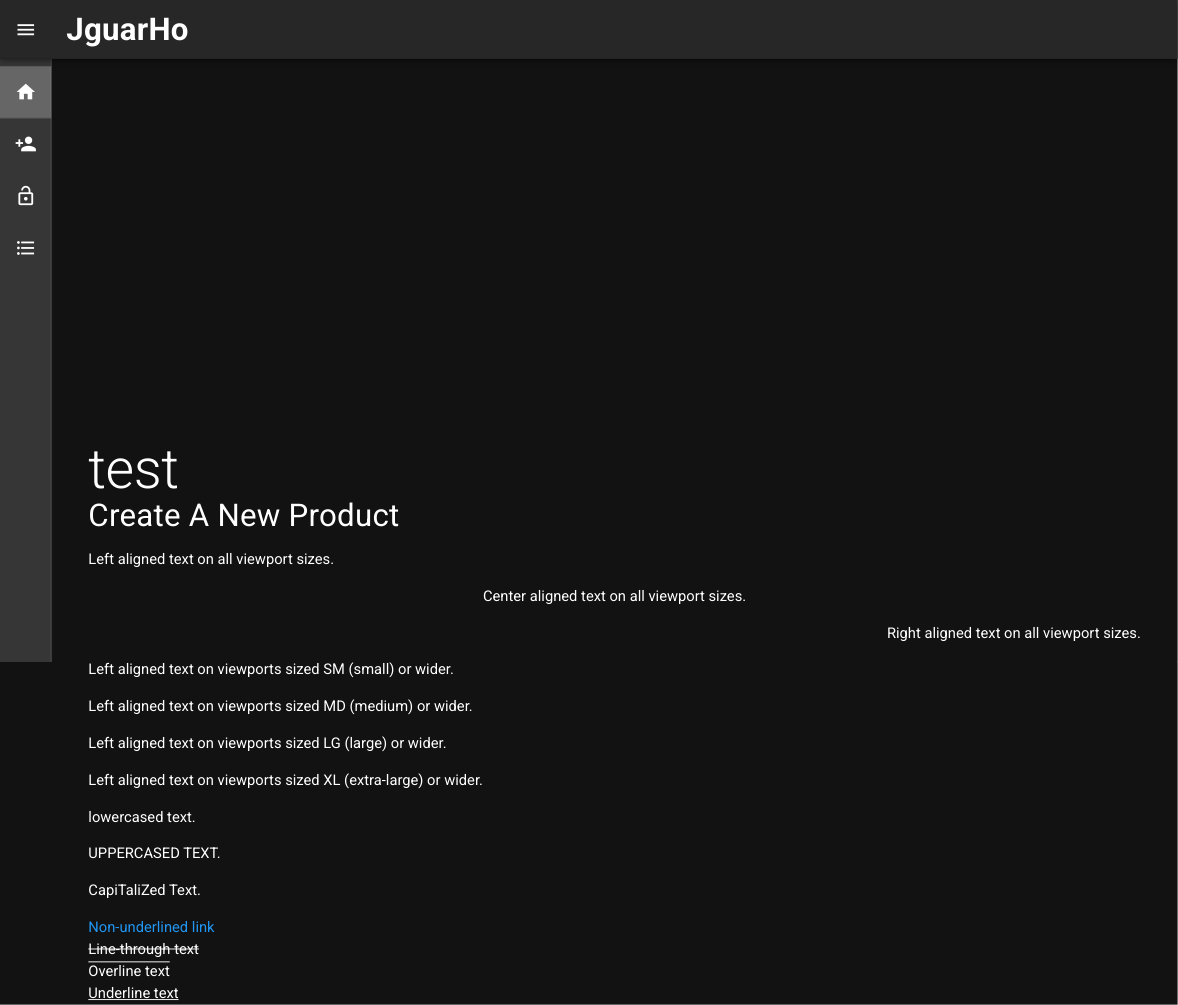
Repository: agent501/MRMS
Page: /
An editor plug-in stored every save of this project. The page is shown before and after a run of saves, followed by the edit.
The browser window is 1280 px wide. The pictures show the whole page, at 92% of full size.
The page's requests for data from a server got no answer. The project was rebuilt for these pictures with package versions that can differ from the ones it lists, and the page was loaded fresh each time. No one was signed in, and anything a server would have sent is missing. Also part of the build but not shown: vue.config.js, src/components/Product/products.vue, src/components/Product/product.vue, src/components/Product/createproduct.vue, src/components/User/signin.vue, src/components/User/signup.vue, src/components/User/profile.vue, src/components/Shared/Alert.vue and 2 more. Imported but missing from the stored project, and not drawn on this page: src/router/auth-guard.js.

Above is the page before, as saved 2020-07-29 16:45:01.

### src/main.js
import Vue from 'vue';
import App from './App.vue';
import router from './router';
import { store } from './store';
import alert from './components/Shared/Alert.vue';
import vuetify from './plugins/vuetify';
import { fb } from './components/firebase/firebase.js';
import * as firebase from 'firebase';
import editproductdiaglog from './components/Product/Edit/editproductdialog.vue';
import editprogressbar from './components/Product/Edit/editprogressbar.vue';

Vue.component('app-alert', alert);
Vue.component('app-edit-product', editproductdiaglog);
Vue.component('app-edit-progress', editprogressbar);

Vue.config.productionTip = false;

new Vue({
  router,
  store,
  vuetify,
  render: (h) => h(App),
  created() {
    fb;
    firebase.auth().onAuthStateChanged((user) => {
      if (user) {
        this.$store.dispatch('autosignin', user);
      }
    });
    this.$store.dispatch('loadProducts');
  },
}).$mount('#app');

### src/App.vue
<template>
  <v-app>
    <v-navigation-drawer v-model="drawer" :mini-variant.sync="mini" app clipped dense permanent>
      <v-list>
        <v-list-item to="/">
          <v-list-item-icon>
            <v-icon medium>home</v-icon>
          </v-list-item-icon>

          <v-list-item-content>
            <v-list-item-title>Home</v-list-item-title>
          </v-list-item-content>
        </v-list-item>

        <v-divider></v-divider>
        <v-list-item v-for="item in menuItems" :key="item.title" router :to="item.link">
          <v-list-item-icon>
            <v-icon medium>{{ item.icon }}</v-icon>
          </v-list-item-icon>

          <v-list-item-content>
            <v-list-item-title>{{ item.text }}</v-list-item-title>
          </v-list-item-content>
        </v-list-item>
        <v-list-item v-if="userIsAuthenticated || adminIsAuthenticated" @click="onLogout">
          <v-list-item-icon>
            <v-icon>exit_to_app</v-icon>
          </v-list-item-icon>
          <v-list-item-content>Logout</v-list-item-content>
        </v-list-item>
      </v-list>
    </v-navigation-drawer>

    <v-app-bar app clipped-left>
      <v-app-bar-nav-icon @click.stop="mini=!mini"></v-app-bar-nav-icon>
      <v-toolbar-title class="font-weight-bold display-1">
        <router-link to="/" tag="span" style="cursor:pointer">JguarHo</router-link>
      </v-toolbar-title>
    </v-app-bar>

    <!-- Page Content -->
    <v-content>
      <router-view></router-view>
    </v-content>

    <!-- <v-footer>
      <span>JguarHo &copy; Copyright Reserved</span>
    </v-footer>-->
  </v-app>
</template>

<script>
// import HelloWorld from './components/HelloWorld';

export default {
  name: 'App',

  components: {
    // HelloWorld,
  },
  props: {
    source: String
  },
  data: () => ({
    mini: true,
    drawer: true
    // items: [
    //   { icon: 'lock_open', text: 'Sign In', link: '/signin' },
    //   { icon: 'home', text: 'Home', link: '/' },
    //   { icon: 'list', text: 'All Products', link: '/products' },
    //   { icon: 'help_outline', text: 'About Us', link: '' }
    // ]
  }),
  computed: {
    menuItems() {
      let items = [
        { icon: 'person_add', text: 'Sign Up', link: '/signup' },
        { icon: 'lock_open', text: 'Sign In', link: '/signin' },

        {
          icon: 'format_list_bulleted',
          text: 'All Products',
          link: '/products'
        }
        // { icon: 'person', text: 'About Us', link: '' }
      ];
      if (this.adminIsAuthenticated) {
        items = [
          {
            icon: 'create_new_folder',
            text: 'Create Product',
            link: '/createproduct'
          },
          {
            icon: 'format_list_bulleted',
            text: 'All Products',
            link: '/products'
          },
          {
            icon: 'person',
            text: 'Profile',
            link: '/profile/' + this.adminIsAuthenticated.id
          }
        ];
      } else if (this.userIsAuthenticated) {
        items = [
          {
            icon: 'format_list_bulleted',
            text: 'All Products',
            link: '/products'
          },
          {
            icon: 'person',
            text: 'Profile',
            link: '/profile/' + this.userIsAuthenticated.id
          }
        ];
      }
      return items;
    },
    adminIsAuthenticated() {
      return (
        this.$store.getters.user !== null &&
        this.$store.getters.user !== undefined &&
        this.$store.getters.user.id === 'ktQMfIIbLQRTlySJDVzU9JbCF293' &&
        this.$store.getters.user
      );
    },
    userIsAuthenticated() {
      return (
        this.$store.getters.user !== null &&
        this.$store.getters.user !== undefined &&
        this.$store.getters.user
      );
    }
  },
  created() {
    this.$vuetify.theme.dark = true;
  },
  methods: {
    onLogout() {
      this.$store.dispatch('logout');
      this.$router.push('/');
    }
  }
};
</script>

### src/router/index.js
import Vue from 'vue';
import VueRouter from 'vue-router';
import home from '../components/Home.vue';
import products from '../components/Product/products.vue';
import product from '../components/Product/product.vue';
import createproduct from '../components/Product/createproduct.vue';
import signin from '../components/User/signin.vue';
import signup from '../components/User/signup.vue';
import profile from '../components/User/profile.vue';
import AuthGuard from '../router/auth-guard.js';

Vue.use(VueRouter);

export default new VueRouter({
  mode: 'history',
  routes: [
    { path: '/', name: 'home', component: home },
    { path: '/products', name: 'products', component: products },
    {
      path: '/createproduct',
      name: 'createproduct',
      component: createproduct,
      beforeEnter: AuthGuard,
    },
    { path: '/signin', name: 'signin', component: signin },
    { path: '/signup', name: 'signup', component: signup },
    {
      path: '/profile/:id',
      name: 'profile',
      component: profile,
      beforeEnter: AuthGuard,
    },
    {
      path: '/products/:id',
      name: 'product',
      props: true,
      component: product,
    },
  ],
});

### src/store/index.js
import Vue from 'vue';
import Vuex from 'vuex';

import product from './product';
import user from './user';
import shared from './shared';

Vue.use(Vuex);

export const store = new Vuex.Store({
  modules: {
    product: product,
    user: user,
    shared: shared,
  },
});

### src/plugins/vuetify.js
import Vue from 'vue';
import Vuetify from 'vuetify/lib';
import '@mdi/font/css/materialdesignicons.css'; //
import 'material-design-icons-iconfont/dist/material-design-icons.css';

Vue.use(Vuetify);

export default new Vuetify({
  icons: {
    iconfont: 'mdi',
  },
});

### src/components/firebase/firebase.js
import firebase from 'firebase/app';
import 'firebase/firestore';
import 'firebase/storage';

var firebaseConfig = {
  apiKey: 'AIzaSyBJdvJyA-ac-dO3JYy-4WKY7wIkma-Y1fI',
  authDomain: 'mrms-2ae69.firebaseapp.com',
  databaseURL: 'https://mrms-2ae69.firebaseio.com',
  projectId: 'mrms-2ae69',
  storageBucket: 'mrms-2ae69.appspot.com',
  messagingSenderId: '287673096935',
  appId: '1:287673096935:web:7f7f75dea0b5657353e042',
  measurementId: 'G-EKPLN37GXX',
};

export const fb = firebase.initializeApp(firebaseConfig);

### src/components/Home.vue
<template>
  <div class="mx-10" style="max-width:1800px">
    <v-layout>
      <v-flex xs12 class="text-xs-center" v-if="!loading">
        <v-progress-circular
          indeterminate
          class="primary--text"
          :width="7"
          :size="70"
          v-if="loading"
        ></v-progress-circular>
      </v-flex>
    </v-layout>

    <v-carousel
      cycle
      class="mt-4"
      height="400"
      hide-delimiters
      show-arrows-on-hover
      width="100%"
      style="cursor:pointer"
    >
      <v-carousel-item
        v-for="product in products"
        :key="product.id"
        @click="onLoadProduct(product.id)"
      >
        <div class="text-right">
          <span class="title">{{ product.name }}</span>
        </div>
        <img :src="product.featureimage" style="height: 100%; width: 100%; object-fit: contain" />
      </v-carousel-item>
    </v-carousel>

    <div>
      <div class="text-h2">test</div>
      <p class="display-1 text-capitalize">create a new product</p>
      <p class="text-left">Left aligned text on all viewport sizes.</p>
      <p class="text-center">Center aligned text on all viewport sizes.</p>
      <p class="text-right">Right aligned text on all viewport sizes.</p>

      <p class="text-sm-left">Left aligned text on viewports sized SM (small) or wider.</p>
      <p class="text-md-left">Left aligned text on viewports sized MD (medium) or wider.</p>
      <p class="text-lg-left">Left aligned text on viewports sized LG (large) or wider.</p>
      <p class="text-xl-left">Left aligned text on viewports sized XL (extra-large) or wider.</p>
      <p class="text-lowercase">Lowercased text.</p>
      <p class="text-uppercase">Uppercased text.</p>
      <p class="text-capitalize">CapiTaliZed text.</p>
    </div>
    <div>
      <a href="#" class="text-decoration-none">Non-underlined link</a>

      <div class="text-decoration-line-through">Line-through text</div>

      <div class="text-decoration-overline">Overline text</div>

      <div class="text-decoration-underline">Underline text</div>
    </div>
  </div>
</template>

<script>
export default {
  // data: () => ({
  //   images: [
  //     {
  //       src: 'https://cdn.vuetifyjs.com/images/carousel/squirrel.jpg',
  //       title: 'image1asdasdasdsadasdasdsadasdasd',
  //       id: 'asdad123'
  //     },
  //     {
  //       src: 'https://cdn.vuetifyjs.com/images/carousel/sky.jpg',
  //       title: 'image2',
  //       id: 'asdasd1223'
  //     },
  //     {
  //       src: 'https://cdn.vuetifyjs.com/images/carousel/bird.jpg',
  //       title: 'image3',
  //       id: 'asdad13223'
  //     },
  //     {
  //       src: 'https://cdn.vuetifyjs.com/images/carousel/planet.jpg',
  //       title: 'image4',
  //       id: 'asdaasd1123'
  //     }
  //   ]
  // }),
  computed: {
    products() {
      return this.$store.getters.featuredProducts;
    },
    loading() {
      return this.$store.getters.loading;
    },
  },
  methods: {
    onLoadProduct(id) {
      this.$router.push('/products/' + id);
    },
  },
};
</script>

<style scoped>
.title {
  background-color: rgba(235, 235, 235, 0.897);
  color: black;

  padding: 10px 30px;
}
</style>

### src/store/product/index.js
import * as firebase from 'firebase';

export default {
  state: {
    loadedProducts: [],
  },
  mutations: {
    createProduct(state, payload) {
      state.loadedProducts.push(payload);
    },
    setLoadedProducts(state, payload) {
      state.loadedProducts = payload;
    },
    updateProduct(state, payload) {
      const product = state.loadedProducts.find((product) => {
        return product.id === payload.id;
      });
      if (payload.name) {
        product.name = payload.name;
      }
      if (payload.description) {
        product.description = payload.description;
      }
      if (payload.earningperunit) {
        product.earningperunit = payload.earningperunit;
      }
      if (payload.investmentperunit) {
        product.investmentperunit = payload.investmentperunit;
      }
    },
    updateProgress(state, payload) {
      const product = state.loadedProducts.find((product) => {
        return product.id === payload.id;
      });
      if (payload.productprogressbar) {
        product.productprogressbar = payload.productprogressbar;
      }
    },
    deleteProduct(state, payload) {
      const registeredProducts = state.loadedProducts;
      registeredProducts.splice(
        registeredProducts.findIndex((product) => product.id === payload),
        1
      );
      // Reflect.deleteProperty(state.user.fbKeys,payload)
    },
  },
  actions: {
    loadProducts({ commit }) {
      commit('setLoading', true);
      firebase
        .database()
        .ref('products')
        .once('value')
        .then((data) => {
          const products = [];
          const obj = data.val();
          for (let key in obj) {
            products.push({
              id: key,
              name: obj[key].name,
              description: obj[key].description,
              investmentperunit: obj[key].investmentperunit,
              earningperunit: obj[key].earningperunit,
              creatorId: obj[key].creatorId,
              productimage: obj[key].productimage,
              productprogressbar: obj[key].productprogressbar,
              featureimage: obj[key].productimage[0],
            });
          }
          commit('setLoadedProducts', products);
          commit('setLoading', false);
        })
        .catch((error) => {
          console.log(error);
          commit('setLoading', true);
        });
    },
    deleteProduct({ commit }, payload) {
      const productId = payload;
      console.log(productId);
      firebase
        .database()
        .ref('products')
        .child(productId)
        .remove()
        .then(function () {
          // File deleted successfully

          console.log('success');
        })
        .catch(function (error) {
          // Uh-oh, an error occurred!
          console.log(error);
        });
      commit('deleteProduct', payload);
    },
    createProduct({ commit, getters }, payload) {
      const product = {
        name: payload.name,
        description: payload.description,
        investmentperunit: payload.investmentperunit,
        earningperunit: payload.earningperunit,
        productimage: payload.productimage,
        productprogressbar: payload.productprogressbar,
        creatorId: getters.user.id,
      };
      let key;
      firebase
        .database()
        .ref('products')
        .push(product)
        .then((data) => {
          //specific product id
          key = data.key;
          commit('createProduct', { ...product, id: key });
          // return key
        });
    },
    updateproductdata({ commit }, payload) {
      commit('loading', true);
      const updateObj = {};
      if (payload.name) {
        updateObj.name = payload.name;
      }
      if (payload.desscription) {
        updateObj.description = payload.desscription;
      }
      if (payload.earningperunit) {
        updateObj.earningperunit = payload.earningperunit;
      }
      if (payload.investmentperunit) {
        updateObj.investmentperunit = payload.investmentperunit;
      }
      firebase
        .database()
        .ref('products')
        .child(payload.id)
        .update(updateObj)
        .then(() => {
          commit('setLoading', false);
          commit('updateProduct', payload);
        })
        .catch((error) => {
          console.log(error);
          commit('setLoading', false);
        });
    },
    updateprogressdata({ commit }, payload) {
      commit('loading', true);
      const updateObj = {};
      if (payload.productprogressbar) {
        updateObj.productprogressbar = payload.productprogressbar;
      }

      firebase
        .database()
        .ref('products')
        .child(payload.id)
        .update(updateObj)
        .then(() => {
          commit('setLoading', false);
          commit('updateProgress', payload);
        })
        .catch((error) => {
          console.log(error);
          commit('setLoading', false);
        });
    },
  },
  getters: {
    loadedProducts(state) {
      return state.loadedProducts.sort((productA, productB) => {
        return productA.date > productB.date;
      });
    },
    featuredProducts(state, getters) {
      return getters.loadedProducts.slice(0, 5);
    },
    loadedProduct(state) {
      return (productId) => {
        return state.loadedProducts.find((product) => {
          return product.id === productId;
        });
      };
    },
  },
  modules: {},
};

### src/store/shared/index.js
export default {
  state: {
    loading: false,
    error: null,
  },
  mutations: {
    setLoading(state, payload) {
      state.loading = payload;
    },
    // change the of status error in state
    setError(state, payload) {
      state.error = payload;
    },
    // change the status of error back to null
    clearError(state) {
      state.error = null;
    },
  },
  actions: {
    clearError({ commit }) {
      commit('clearError');
    },
  },
  getters: {
    error(state) {
      return state.error;
    },
    loading(state) {
      return state.loading;
    },
  },
};

Loaded but not shown: public/index.html (common file); src/store/user/index.js (213 lines, source omitted)

After the next 2 saves:
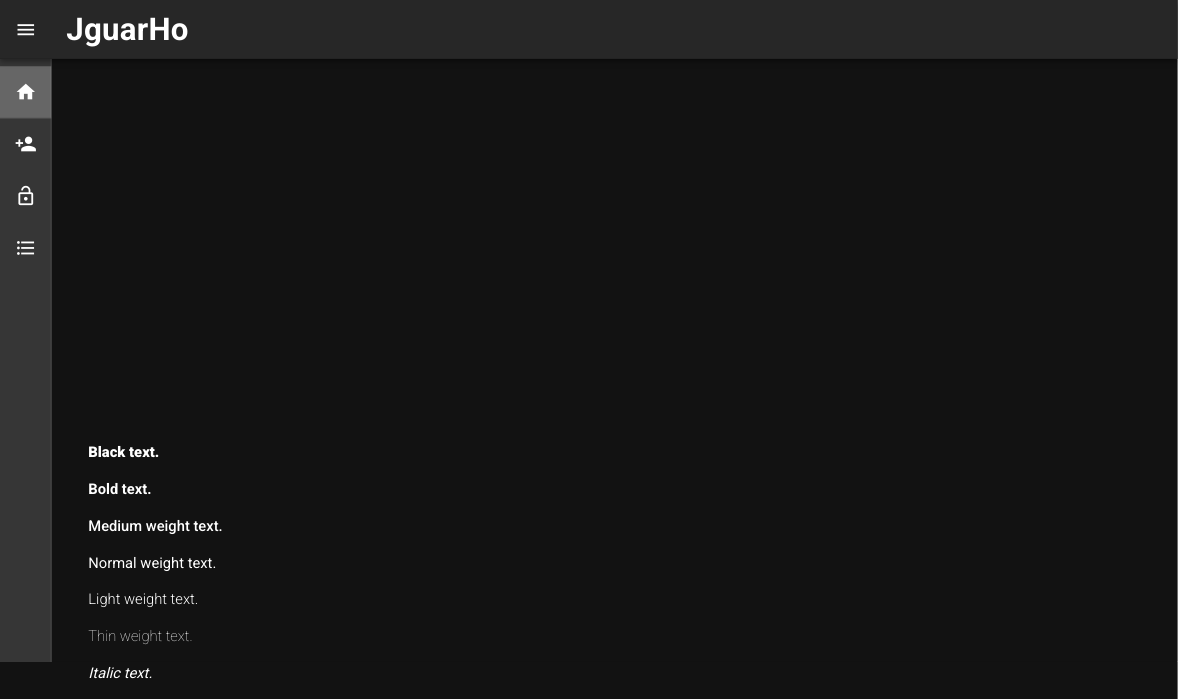
The 2 saves are shown as one change because 1 did not build or start.
The last was saved 115 s later.
--- a/src/components/Home.vue
+++ b/src/components/Home.vue
@@ -34,28 +34,13 @@
     </v-carousel>
 
     <div>
-      <div class="text-h2">test</div>
-      <p class="display-1 text-capitalize">create a new product</p>
-      <p class="text-left">Left aligned text on all viewport sizes.</p>
-      <p class="text-center">Center aligned text on all viewport sizes.</p>
-      <p class="text-right">Right aligned text on all viewport sizes.</p>
-
-      <p class="text-sm-left">Left aligned text on viewports sized SM (small) or wider.</p>
-      <p class="text-md-left">Left aligned text on viewports sized MD (medium) or wider.</p>
-      <p class="text-lg-left">Left aligned text on viewports sized LG (large) or wider.</p>
-      <p class="text-xl-left">Left aligned text on viewports sized XL (extra-large) or wider.</p>
-      <p class="text-lowercase">Lowercased text.</p>
-      <p class="text-uppercase">Uppercased text.</p>
-      <p class="text-capitalize">CapiTaliZed text.</p>
-    </div>
-    <div>
-      <a href="#" class="text-decoration-none">Non-underlined link</a>
-
-      <div class="text-decoration-line-through">Line-through text</div>
-
-      <div class="text-decoration-overline">Overline text</div>
-
-      <div class="text-decoration-underline">Underline text</div>
+      <p class="font-weight-black">Black text.</p>
+      <p class="font-weight-bold">Bold text.</p>
+      <p class="font-weight-medium">Medium weight text.</p>
+      <p class="font-weight-regular">Normal weight text.</p>
+      <p class="font-weight-light">Light weight text.</p>
+      <p class="font-weight-thin">Thin weight text.</p>
+      <p class="font-italic">Italic text.</p>
     </div>
   </div>
 </template>
